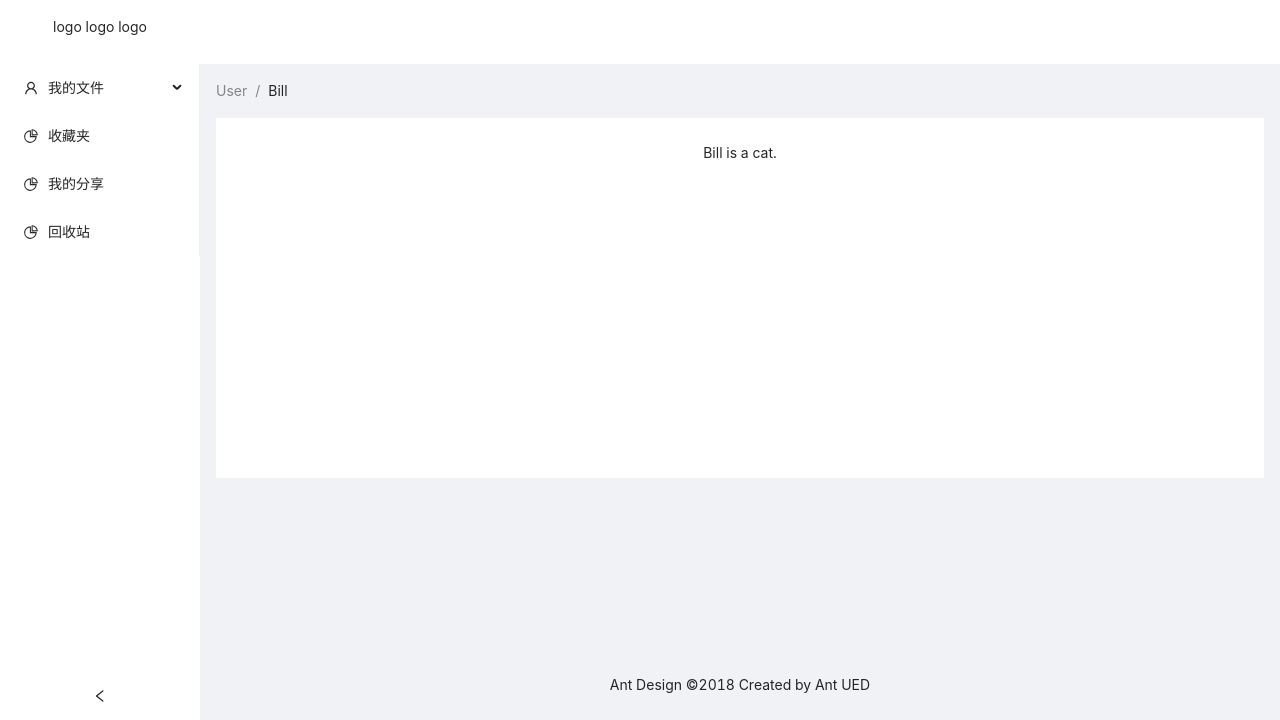
Repository: xstnet/starfire-cloud-fe
Page: /
An editor plug-in stored every save of this project. The page is shown before and after the next save, followed by the edit.
The browser window is 1280 px wide. The pictures show the whole page.
The project was rebuilt for these pictures with package versions that can differ from the ones it lists, and the page was loaded fresh each time.

Above is the page before, as saved 2021-09-12 16:21:28.

### src/App.js
import React from 'react';
import { Button } from 'antd';
import './App.css';
import MainLayout from './page/layout/main'

const App = () => (
  <div className="App">
    <MainLayout></MainLayout>
  </div>
);

export default App;

### src/page/layout/main.jsx
import React from 'react';
import { Layout, Menu, Breadcrumb } from 'antd';
import {
  DesktopOutlined,
  PieChartOutlined,
  FileOutlined,
  TeamOutlined,
  UserOutlined,
} from '@ant-design/icons';
import './main.css';

const { Header, Content, Footer, Sider } = Layout;
const { SubMenu } = Menu;

class MainLayout extends React.Component {
  state = {
    collapsed: false,
  };

  onCollapse = collapsed => {
    console.log(collapsed);
    this.setState({ collapsed });
  };

  render() {
    const { collapsed } = this.state;
    return (
      <Layout style={{ minHeight: '100vh' }}>
        <Sider theme="light" collapsible collapsed={collapsed} onCollapse={this.onCollapse}>
          <div className="logo">
              logo logo logo
          </div>
          <Menu defaultSelectedKeys={['1']} mode="inline">
            <SubMenu key="my-file" icon={<UserOutlined />} title="我的文件">
              <Menu.Item key="all">全部文件</Menu.Item>
              <Menu.Item key="doc">文档</Menu.Item>
              <Menu.Item key="imgage">图片</Menu.Item>
              <Menu.Item key="audio">音频</Menu.Item>
              <Menu.Item key="video">视频</Menu.Item>
              <Menu.Item key="other">其他</Menu.Item>
            </SubMenu>
            <Menu.Item key="favorite" icon={<PieChartOutlined />}>
              收藏夹
            </Menu.Item>
            <Menu.Item key="share" icon={<PieChartOutlined />}>
              我的分享
            </Menu.Item>
            <Menu.Item key="recycle" icon={<PieChartOutlined />}>
              回收站
            </Menu.Item>
          </Menu>
        </Sider>
        <Layout className="site-layout">
          <Header className="site-layout-background" style={{ padding: 0 }} />
          <Content style={{ margin: '0 16px' }}>
            <Breadcrumb style={{ margin: '16px 0' }}>
              <Breadcrumb.Item>User</Breadcrumb.Item>
              <Breadcrumb.Item>Bill</Breadcrumb.Item>
            </Breadcrumb>
            <div className="site-layout-background" style={{ padding: 24, minHeight: 360 }}>
              Bill is a cat.
            </div>
          </Content>
          <Footer style={{ textAlign: 'center' }}>Ant Design ©2018 Created by Ant UED</Footer>
        </Layout>
      </Layout>
    );
  }
}

export default MainLayout;

### src/page/layout/main.css
 .logo {
    height: 32px;
    margin: 16px;
    background: rgba(255, 255, 255, 0.3);
  }

  .site-layout .site-layout-background {
    background: #fff;
  }

Loaded but not shown: public/index.html (common file); src/index.js (common file); src/index.css (common file); src/reportWebVitals.js (common file); src/App.css (common file)

After the next save:
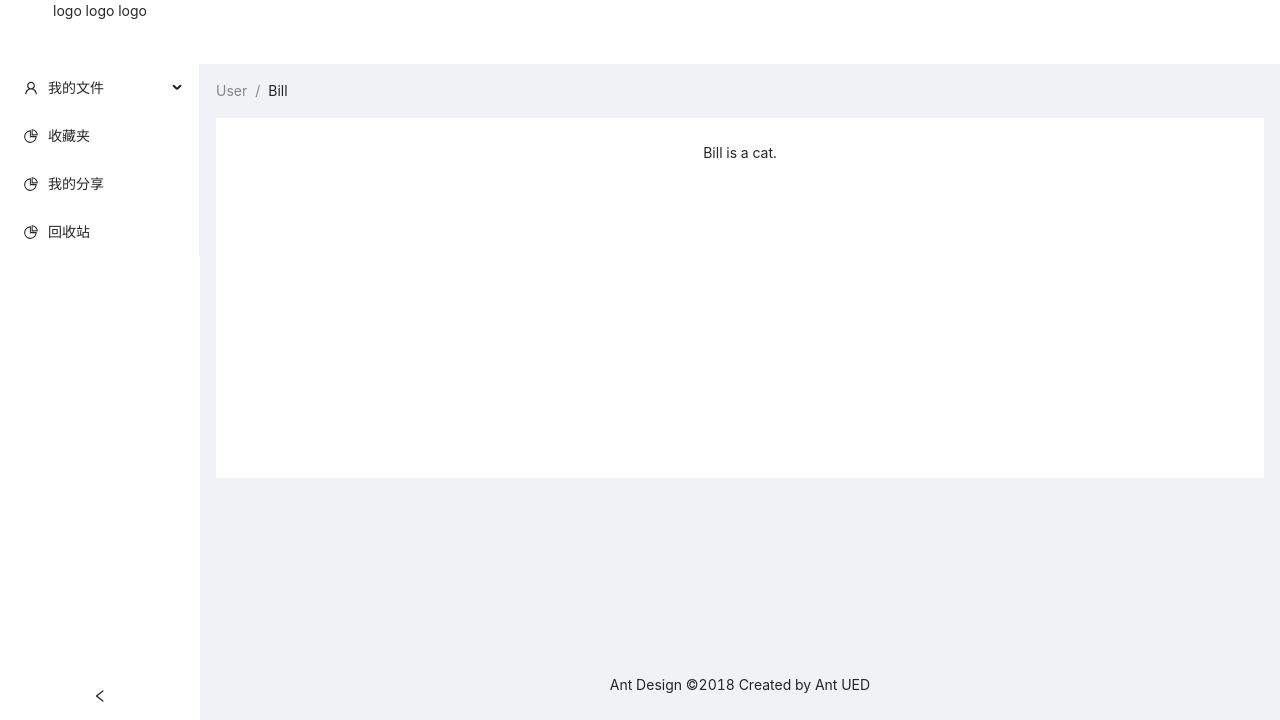
Saved 11 s later.
--- a/src/page/layout/main.css
+++ b/src/page/layout/main.css
@@ -1,7 +1,5 @@
  .logo {
-    height: 32px;
-    margin: 16px;
-    background: rgba(255, 255, 255, 0.3);
+    height: 64px;
   }
 
   .site-layout .site-layout-background {
